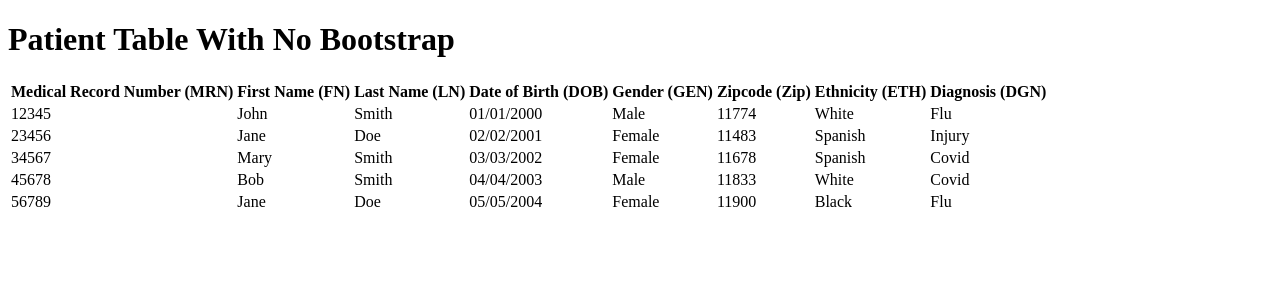
Repository: csanicola74/flask-with-db
Page: http://localhost/
An editor plug-in stored every save of this project. The page is shown before and after the next save, followed by the edit.
The browser window is 1280 px wide. The pictures show the whole page.
The page is served by the project's application, run on Flask 3 (app.py). The page reads the database file committed with the project.

Above is the page before, as saved 2022-09-20 21:36:29.

### templates/index.html
<!DOCTYPE html>
<html lang="en">
<head>
    <meta charset="UTF-8">
    <title> Patient List </title>
</head>
<body>

    <div>

        <h1> Patient Table With No Bootstrap</h1>

            <table>
                <tr>
                    <!-- so this part with the TH tags, deals with setting the table names -->
                    <th> Medical Record Number (MRN) </th>
                    <th> First Name (FN) </th>
                    <th> Last Name (LN) </th>
                    <th> Date of Birth (DOB) </th>
                    <th> Gender (GEN) </th>
                    <th> Zipcode (Zip) </th>
                    <th> Ethnicity (ETH) </th>
                    <th> Diagnosis (DGN) </th>
                </tr>
                <!-- this next below part is special, where we have the equivalent of a LOOP here -->
                <!-- where we go through our variable that we have shared via app.py in line 22, listPatients -->
                <!-- and we are saying for each row in listPatients, which we are defining as 'patient' -->
                <!-- we could have used i, or x, or any other placeholder/variable instead of patient -->
                <!-- but typically we like to use a name that makes sense for the type of data that are using -->
                {% for i in listPatients %}
                    <tr>
                        <td> {{ i.mrn }} </td>
                        <td> {{ i.firstname }} </td>
                        <td> {{ i.lastName }} </td>
                        <td> {{ i.dob }} </td>
                        <td> {{ i.gender }} </td>
                        <td> {{ i.zipcode }} </td>
                        <td> {{ i.ethnicity }} </td>
                        <td> {{ i.diagnosis }} </td>
                    </tr>
                {% endfor %}
            </table>


    </div>


</body>
</html>

### app.py
#######################
##  Import Packages  ##
#######################
from flask import Flask, render_template
import sqlite3
import os

##############################
##  Create a New Flask App  ##
##############################
app = Flask(__name__)

# creates a function that will be called whenever the user accesses the root of the website


def get_db_connection():
    dir = os.getcwd() + '/patients.db'
    print('dir:', dir)
    conn = sqlite3.connect(dir)  # create a connection to the database
    conn.row_factory = sqlite3.Row  # The line of code assigning sqlite3.Row to the row_factory of connection creates what some people call a 'dictionary cursor', - instead of tuples it starts returning 'dictionary' rows after fetchall or fetchone
    # for more information about these two lines, good conversation on stackoverflow: https://stackoverflow.com/questions/44009452/what-is-the-purpose-of-the-row-factory-method-of-an-sqlite3-connection-object found there
    return conn


@app.route('/')
def index():
    db = get_db_connection()
    patientListSql = db.execute('SELECT * FROM patient_table').fetchall()
    db.close()
    print('patientListSql:', patientListSql)
    # note, these are two variables, patientsList is what we can then look up in the .html, and the patientsListSql is the actual data we are pulling from the sqlite db
    return render_template('index.html', listPatients=patientListSql)


@app.route('/bootstrap')
def bootstrap():
    conn = get_db_connection()
    patientListSql = conn.execute('SELECT * FROM patient_table').fetchall()
    conn.close()
    print('patientListSql:', patientListSql)
    # note, these are two variables, patientsList is what we can then look up in the .html, and the patientsListSql is the actual data we are pulling from the sqlite db
    return render_template('bootstrap_example.html', listPatients=patientListSql)


if __name__ == '__main__':
    app.run(debug=True, host='0.0.0.0', port=80)

### patients.db (the tables this page reads, as SQL)
CREATE TABLE patient_table (
            mrn VARCHAR(255) NOT NULL,
            firstname CHAR(25) NOT NULL,
            lastname CHAR(25) NOT NULL,
            dob CHAR(25) NOT NULL,
            gender CHAR(25) NOT NULL,
            zipcode CHAR(25) NOT NULL,
            ethnicity CHAR(25) NOT NULL,
            diagnosis CHAR(25) NOT NULL
            );
INSERT INTO "patient_table" VALUES
('12345', 'John', 'Smith', '01/01/2000', 'Male', '11774', 'White', 'Flu'),
('23456', 'Jane', 'Doe', '02/02/2001', 'Female', '11483', 'Spanish', 'Injury'),
('34567', 'Mary', 'Smith', '03/03/2002', 'Female', '11678', 'Spanish', 'Covid'),
('45678', 'Bob', 'Smith', '04/04/2003', 'Male', '11833', 'White', 'Covid'),
('56789', 'Jane', 'Doe', '05/05/2004', 'Female', '11900', 'Black', 'Flu');

After the next save:
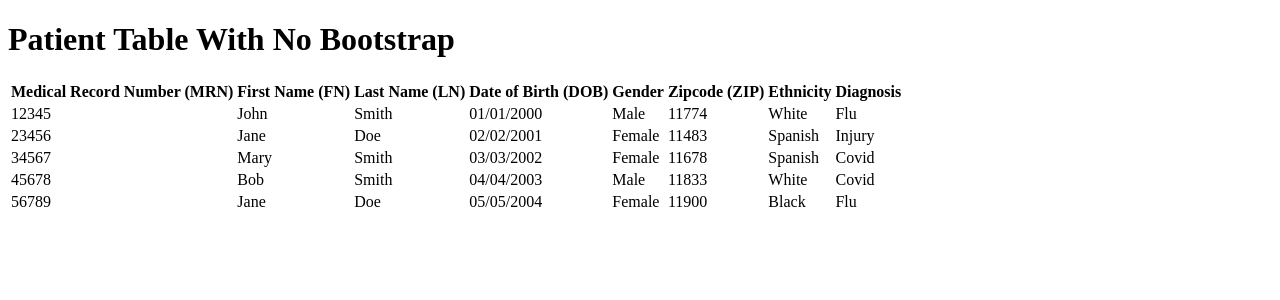
Saved 3 min 50 s later.
--- a/templates/index.html
+++ b/templates/index.html
@@ -17,10 +17,10 @@
                     <th> First Name (FN) </th>
                     <th> Last Name (LN) </th>
                     <th> Date of Birth (DOB) </th>
-                    <th> Gender (GEN) </th>
-                    <th> Zipcode (Zip) </th>
-                    <th> Ethnicity (ETH) </th>
-                    <th> Diagnosis (DGN) </th>
+                    <th> Gender </th>
+                    <th> Zipcode (ZIP)</th>
+                    <th> Ethnicity </th>
+                    <th> Diagnosis </th>
                 </tr>
                 <!-- this next below part is special, where we have the equivalent of a LOOP here -->
                 <!-- where we go through our variable that we have shared via app.py in line 22, listPatients -->
